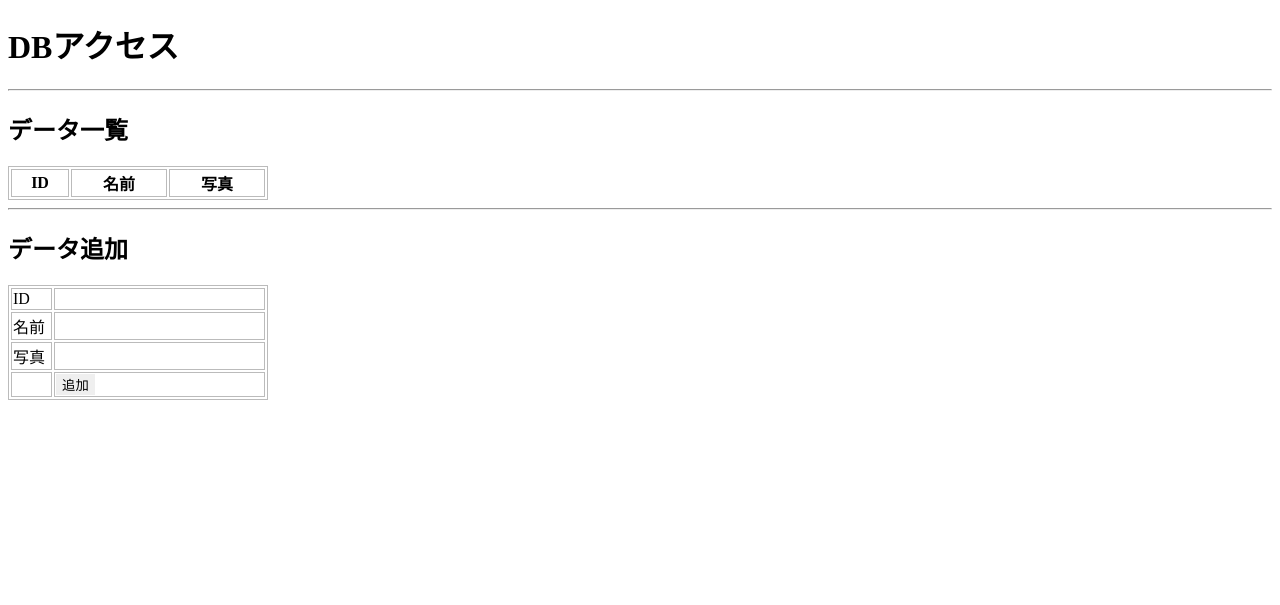
Repository: n1290118/systemDevelopment
Page: http://localhost/SampleSQL/select
The author's editor kept a copy of each file at every save. The page is drawn from the files as they stood at one save, then again after the next save.
The browser window is 1280 px wide. The pictures show the whole page.
The page is served by Tomcat 9. Other server files are loaded and not shown. Queries for data that is not in the repository find no rows.

Above is the page before, as saved 2020-09-10 01:15:43.

### SampleSQL/WebContent/WEB-INF/select.jsp
<%@ page language="java" contentType="text/html; charset=UTF-8"
pageEncoding="UTF-8"%>
<%@ taglib prefix="c" uri="http://java.sun.com/jsp/jstl/core"%>
<!DOCTYPE html>
<html>
<head>
<meta charset="UTF-8">
<link href="/css/style.css" rel="stylesheet" type="text/css" />
<title> DB接続 </title>
</head>
<body>
<h1>DBアクセス</h1>
<hr>
<h2>データ一覧</h2>
<table class="select">
<tr>
		<th>ID</th>
		<th>名前</th>
		<th>写真</th>
</tr>
<c:forEach var="list" items="${list}">
<tr>
<td>${list.id}</td>
<td>${list.name}</td>
<td><img src="/image/${list.picture}" /></td>
</tr>
</c:forEach>
</table>
<hr>
<h2>データ追加</h2>
<form action="/insert" method="post">
	<table>
	<tr>
	<td>ID</td>
	<td><input type="text" name="insertId" /></td>
	</tr>
	<tr>
	<td>名前</td>
	<td><input type="text" name="insertName" /></td>
	</tr>
	<tr>
	<td>写真</td>
	<td><input type="text" name="insertPicture" /></td>
	</tr>
	<tr>
	<td></td>
	<td><input type="submit" value="追加"></td>
	</tr>
</table>
	</form>
</body>
</html>

### SampleSQL/src/jp/ac/isc/cloud/UserSelectServlet.java
package jp.ac.isc.cloud;

		import java.io.*;
import java.sql.*;
import java.util.*;

import javax.servlet.*;
import javax.servlet.http.*;
		public class UserSelectServlet extends HttpServlet {
		private static final long serialVersionUID = 1L;
		protected void doGet(HttpServletRequest request, HttpServletResponse response)
		throws ServletException, IOException {
	try {
		//DB接続に使用するクラス
		Connection users = null;
		try {
		// MySQL用のJDBCドライバーのクラスをロードする
		Class.forName("com.mysql.jdbc.Driver");
		// SQLサーバーへの接続に関するインスタンスを取得する
		users = DriverManager.getConnection("jdbc:mysql://localhost/servlet_db",
		"root","");
		//レコードを管理する配列用意
		ArrayList<Member> list = new ArrayList<Member>();
		//SQLを実行するためのクラスを用意
		Statement state = users.createStatement();
		//SELECTした結果を入れるクラスを用意

		ResultSet result = state.executeQuery("SELECT * FROM user_table");

		//次のデータを取り出し、取り出すデータがない場合はfalseを返す

		while(result.next()) {
		String id = result.getString("id");
		String name = result.getString("name");
		String picture = result.getString("picture");
		//Memberクラスに1件ずつレコードを登録
		list.add(new Member(id,name,picture));

		}

		result.close(); //SQLの結果を受け取ったバッファを閉じる
		state.close(); //SQLを送信したStatementを閉じる
		users.close(); //DB接続を閉じる
		request.setAttribute("list",list);
		RequestDispatcher rd =
		getServletContext().getRequestDispatcher("/WEB-INF/select.jsp");
		rd.forward(request,response);
		//クラスが存在しなかったらエラーを表示
		}catch(ClassNotFoundException e) {
		e.printStackTrace();
		}
		//SQL実行時エラーが発生したら、エラーを表示
	}catch(SQLException e) {
	e.printStackTrace();
	}
	}
}

### SampleSQL/WebContent/css/style.css
@charset "UTF-8";

table {
	width: 260px;
}
table,th,td {
	border: 1px solid #bbb;
}
input{
	border-style:none;
}

After the next save:
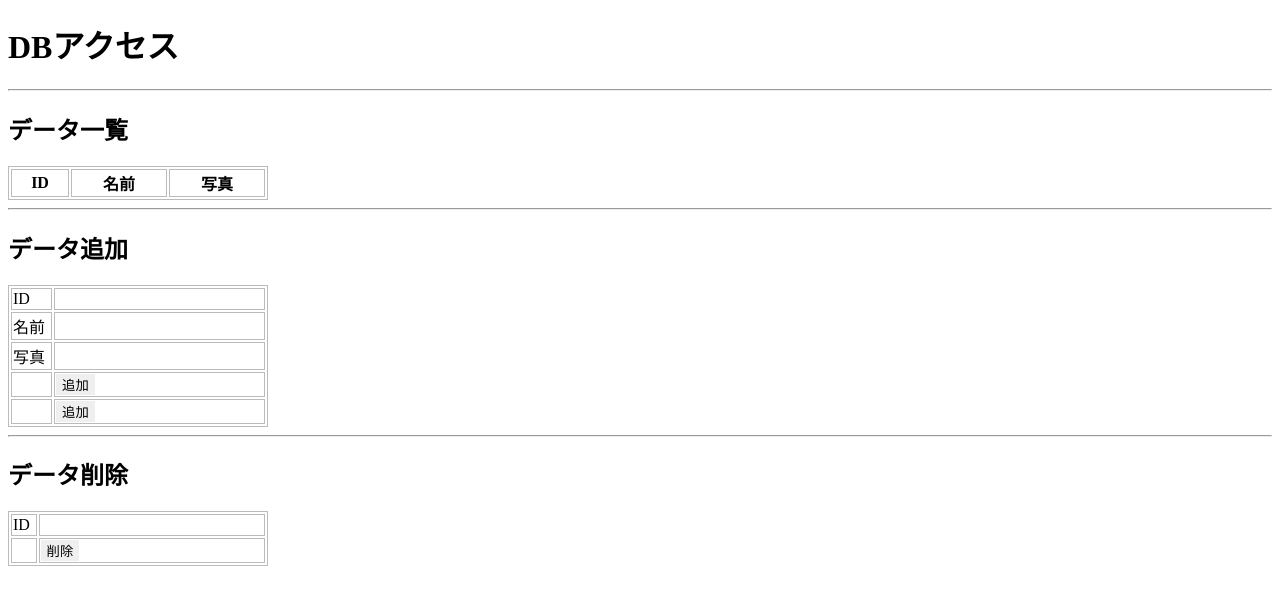
Saved 2 min 21 s later.
--- a/SampleSQL/WebContent/WEB-INF/select.jsp
+++ b/SampleSQL/WebContent/WEB-INF/select.jsp
@@ -46,7 +46,25 @@ pageEncoding="UTF-8"%>
 	<td></td>
 	<td><input type="submit" value="追加"></td>
 	</tr>
+	<tr>
+<td></td>
+<td><input type="submit" value="追加"></td>
+</tr>
 </table>
+</form>
+<hr>
+<h2>データ削除</h2>
+<form action="/delete" method="post">
+	<table>
+	<tr>
+	<td>ID</td>
+	<td><input type="text" name="deleteId" /></td>
+	</tr>
+	<tr>
+	<td></td>
+	<td><input type="submit" value="削除"></td>
+	</tr>
+	</table>
 	</form>
 </body>
 </html>
